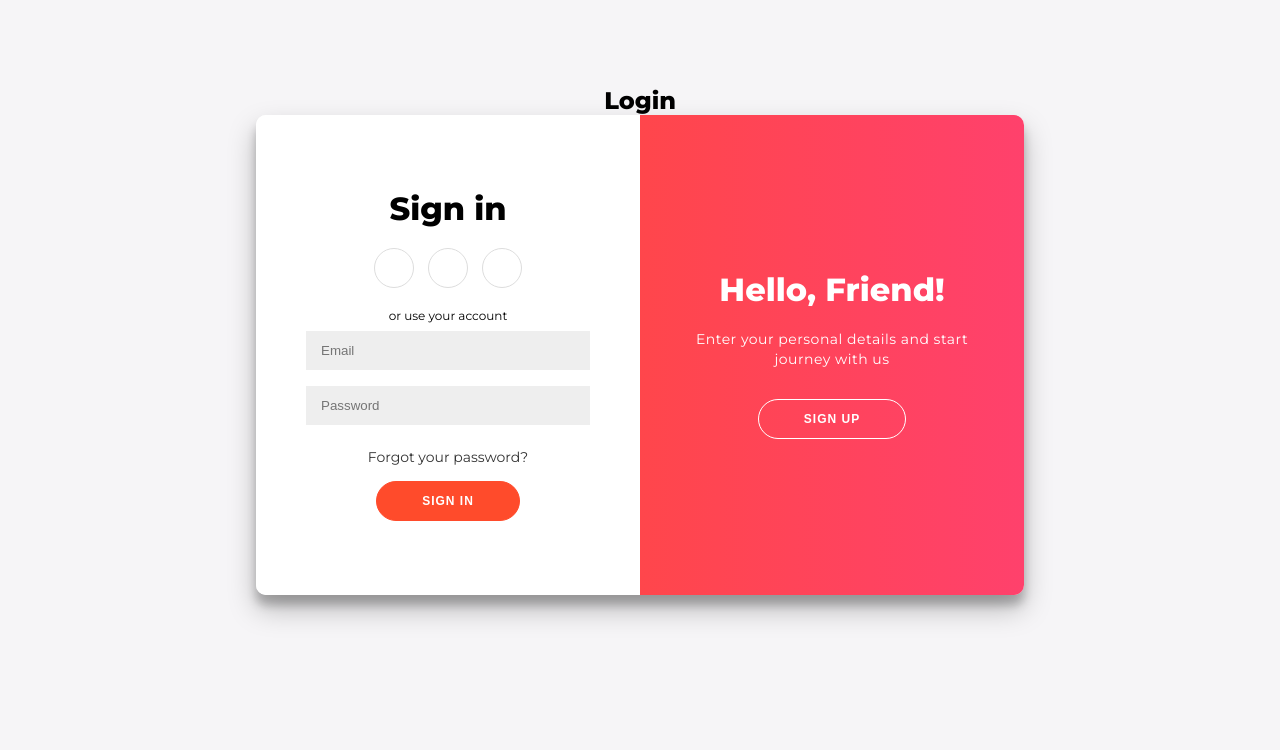
Repository: tranvanthinh/Login_register
Page: index.html
An editor plug-in stored every save of this project. The page is shown before and after the next save, followed by the edit.
The browser window is 1280 px wide. The pictures show the whole page.

Above is the page before, as saved 2021-12-30 11:25:31.

### index.html
<!DOCTYPE html>
<html lang="en">
<head>
    <meta charset="UTF-8">
    <meta http-equiv="X-UA-Compatible" content="IE=edge">
    <meta name="viewport" content="width=device-width, initial-scale=1.0">
    <title>Login and Register</title>
    <link rel="stylesheet" href="style.css">
</head>
<body>
    <h2>Login</h2>
<div class="container" id="container">
  <div class="form-container sign-up-container">
    <form action="#">
      <h1>Create Account</h1>
      <div class="social-container">
        <a href="#" class="social"><i class="fab fa-facebook-f"></i></a>
        <a href="#" class="social"><i class="fab fa-google-plus-g"></i></a>
        <a href="#" class="social"><i class="fab fa-linkedin-in"></i></a>
      </div>
      <span>or use your email for registration</span>
      <input type="text" placeholder="Name" />
      <input type="email" placeholder="Email" />
      <input type="password" placeholder="Password" />
      <button>Sign Up</button>
    </form>
  </div>
  <div class="form-container sign-in-container">
    <form action="#">
      <h1>Sign in</h1>
      <div class="social-container">
        <a href="#" class="social"><i class="fab fa-facebook-f"></i></a>
        <a href="#" class="social"><i class="fab fa-google-plus-g"></i></a>
        <a href="#" class="social"><i class="fab fa-linkedin-in"></i></a>
      </div>
      <span>or use your account</span>
      <input type="email" placeholder="Email" />
      <input type="password" placeholder="Password" />
      <a href="#">Forgot your password?</a>
      <button>Sign In</button>
    </form>
  </div>
  <div class="overlay-container">
    <div class="overlay">
      <div class="overlay-panel overlay-left">
        <h1>Welcome Back!</h1>
        <p>To keep connected with us please login with your personal info</p>
        <button class="ghost" id="signIn">Sign In</button>
      </div>
      <div class="overlay-panel overlay-right">
        <h1>Hello, Friend!</h1>
        <p>Enter your personal details and start journey with us</p>
        <button class="ghost" id="signUp">Sign Up</button>
      </div>
    </div>
  </div>
</div>

<script>
    let signUpButton = document.getElementById('signUp');
    let signInButton = document.getElementById('signIn');
    let container = document.getElementById('container');

    signUpButton.addEventListener('click', () => {
      container.classList.add("right-panel-active");
  });

    signInButton.addEventListener('click', () => {
      container.classList.remove("right-panel-active");
  });
</script>
</body>
</html>

### style.css
@import url('https://fonts.googleapis.com/css?family=Montserrat:400,800');

* {
  margin: 0;
  padding: 0;
  box-sizing: border-box;
}

body {
  background: #f6f5f7;
  display: flex;
  justify-content: center;
  align-items: center;
  flex-direction: column;
  font-family: 'Montserrat', sans-serif;
  height: 100vh;
  margin: -20px 0 50px;
}

h1 {
  font-weight: bold;
  margin: 0;
}

h2 {
  text-align: center;
}

p {
  font-size: 14px;
  font-weight: 100;
  line-height: 20px;
  letter-spacing: 0.5px;
  margin: 20px 0 30px;
}

span {
  font-size: 12px;
}

a {
  color: #333;
  font-size: 14px;
  text-decoration: none;
  margin: 15px 0;
}

button {
  border-radius: 20px;
  border: 1px solid #FF4B2B;
  background-color: #FF4B2B;
  color: #FFFFFF;
  font-size: 12px;
  font-weight: bold;
  padding: 12px 45px;
  letter-spacing: 1px;
  text-transform: uppercase;
  transition: transform 80ms ease-in;
}

button:active {
  transform: scale(0.9);
}

button:focus {
  outline: none;
}

button.ghost {
  background-color: transparent;
  border-color: #FFFFFF;
}

form {
  background-color: #FFFFFF;
  display: flex;
  align-items: center;
  justify-content: center;
  flex-direction: column;
  padding: 0 50px;
  height: 100%;
  text-align: center;
}

input {
  background-color: #eee;
  border: none;
  padding: 12px 15px;
  margin: 8px 0;
  width: 100%;
}

.container {
  background-color: #fff;
  border-radius: 10px;
  box-shadow: 0 14px 28px rgba(0,0,0,0.25),
      0 10px 10px rgba(0,0,0,0.22);
  position: relative;
  overflow: hidden;
  width: 768px;
  max-width: 100%;
  min-height: 480px;
}

.form-container {
  position: absolute;
  top: 0;
  height: 100%;
  transition: all 0.6s ease-in-out;
}

.sign-in-container {
  left: 0;
  width: 50%;
  z-index: 2;
}

.container.right-panel-active .sign-in-container {
  transform: translateX(100%);
}

.sign-up-container {
  left: 0;
  width: 50%;
  opacity: 0;
  z-index: 1;
}

.container.right-panel-active .sign-up-container {
  transform: translateX(100%);
  opacity: 1;
  z-index: 5;
  animation: show 0.6s;
}

@keyframes show {
  0%, 49.99% {
    opacity: 0;
    z-index: 1;
  }

  50%, 100% {
    opacity: 1;
    z-index: 5;
  }
}

.overlay-container {
  position: absolute;
  top: 0;
  left: 50%;
  width: 50%;
  height: 100%;
  overflow: hidden;
  transition: transform 0.6s ease-in-out;
  z-index: 100;
}

.container.right-panel-active .overlay-container{
  transform: translateX(-100%);
}

.overlay {
  background: #FF416C;
  background: -webkit-linear-gradient(to right, #FF4B2B, #FF416C);
  background: linear-gradient(to right, #FF4B2B, #FF416C);
  background-repeat: no-repeat;
  background-size: cover;
  background-position: 0 0;
  color: #FFFFFF;
  position: relative;
  left: -100%;
  height: 100%;
  width: 200%;
    transform: translateX(0);
  transition: transform 0.6s ease-in-out;
}

.container.right-panel-active .overlay {
    transform: translateX(50%);
}

.overlay-panel {
  position: absolute;
  display: flex;
  align-items: center;
  justify-content: center;
  flex-direction: column;
  padding: 0 40px;
  text-align: center;
  top: 0;
  height: 100%;
  width: 50%;
  transform: translateX(0);
  transition: transform 0.6s ease-in-out;
}

.overlay-left {
  transform: translateX(-20%);
}

.container.right-panel-active .overlay-left {
  transform: translateX(0);
}

.overlay-right {
  right: 0;
  transform: translateX(0);
}

.container.right-panel-active .overlay-right {
  transform: translateX(20%);
}

.social-container {
  margin: 20px 0;
}

.social-container a {
  border: 1px solid #DDDDDD;
  border-radius: 50%;
  display: inline-flex;
  justify-content: center;
  align-items: center;
  margin: 0 5px;
  height: 40px;
  width: 40px;
}

After the next save:
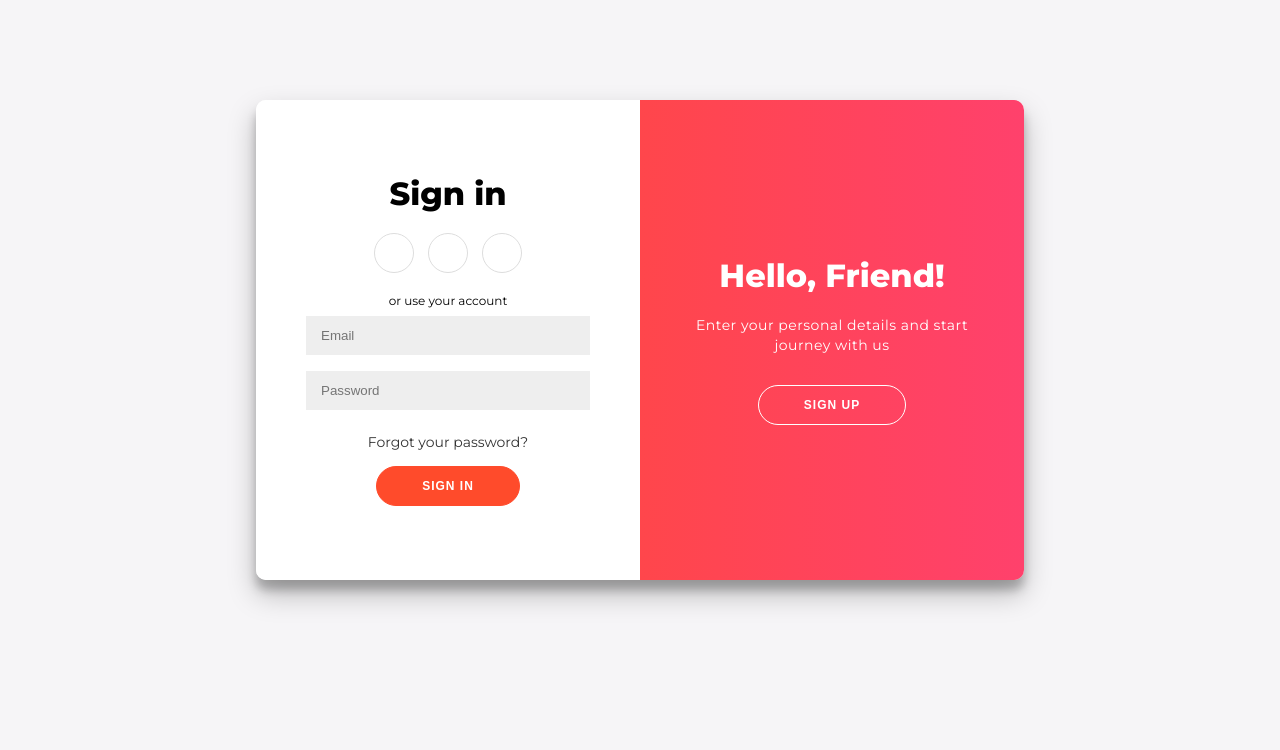
Saved 25 s later.
--- a/index.html
+++ b/index.html
@@ -8,7 +8,6 @@
     <link rel="stylesheet" href="style.css">
 </head>
 <body>
-    <h2>Login</h2>
 <div class="container" id="container">
   <div class="form-container sign-up-container">
     <form action="#">
